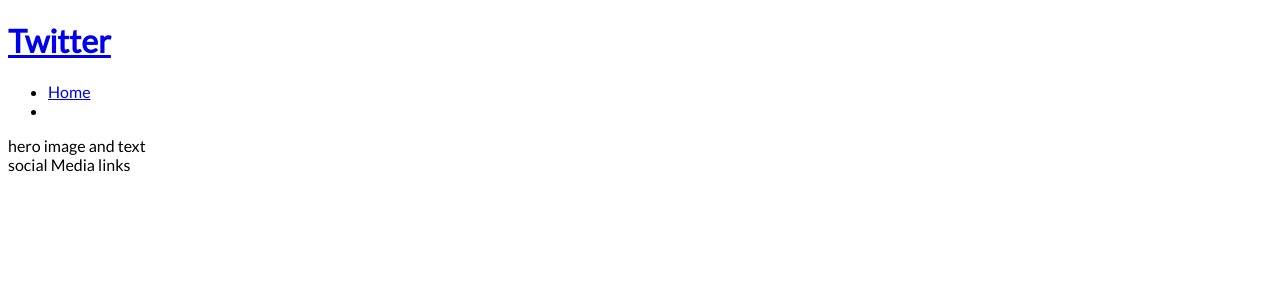
Repository: emalfiza/clone-of-my-twitter
Page: index.html
The author's editor kept a record of every edit. The page is drawn from the files as they stood at one moment, then again after the next edit.
The browser window is 1280 px wide. The pictures show the whole page.
Some web fonts or font styles are not loaded; a fallback is used.

Above is the page before.

After the next edit:
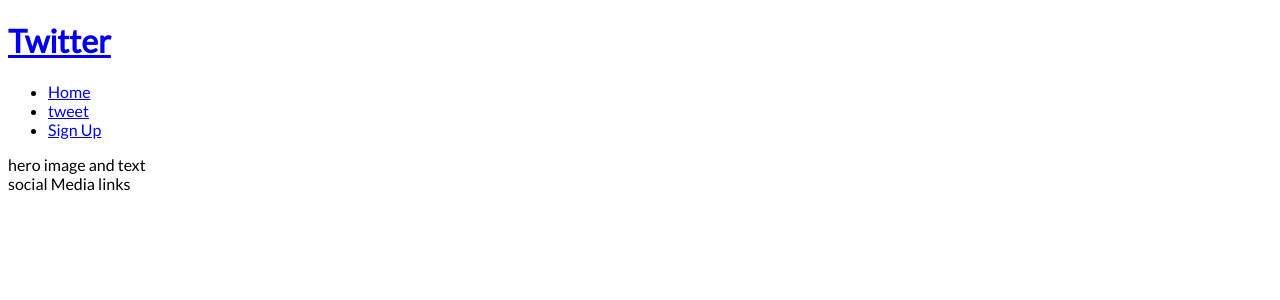
The edit:
--- a/index.html
+++ b/index.html
@@ -19,7 +19,10 @@
                     <a href="index.html">Home</a>
                 </li>
                 <li>
-
+                    <a href="#">tweet</a>
+                </li>
+                <li>
+                    <a href="#">Sign Up</a>
                 </li>
             </ul>
         </nav>
